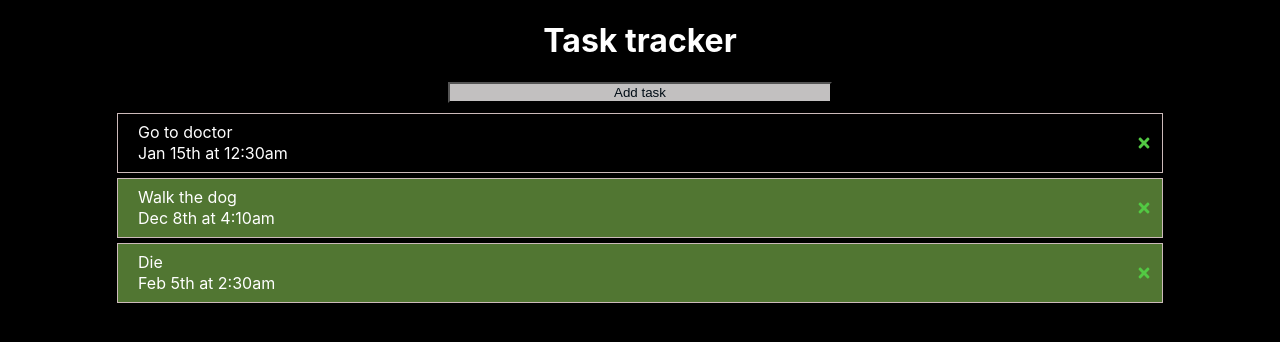
Repository: roscaImarius/task-tracker-react
Page: /
The author's editor kept a copy of each file at every save. The page is drawn from the files as they stood at one save, then again after the next save.
The browser window is 1280 px wide. The pictures show the whole page.
The project was rebuilt for these pictures with package versions that can differ from the ones it lists, and the page was loaded fresh each time. Also part of the build but not shown: src/components/AddTask.js.

Above is the page before, as saved 2021-03-31 13:13:36.

After the next save:
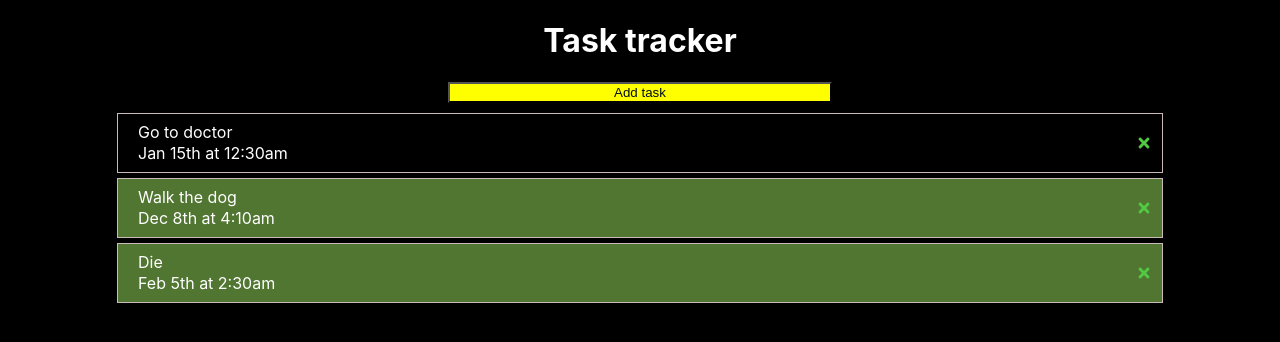
Saved 18 s later.
--- a/src/components/Header.js
+++ b/src/components/Header.js
@@ -21,7 +21,7 @@ const Header = ({
         onClick={onClickAdd}
         showAdd={showAdd}
         setShowAdd={setShowAdd}
-        // color="yellow"
+        color="yellow"
       />
       {showAdd && <AddTask onSaveTask={onSaveTask} />}
       <Tasks onDelete={onDelete} onDubleClick={onDubleClick} tasks={tasks} />
